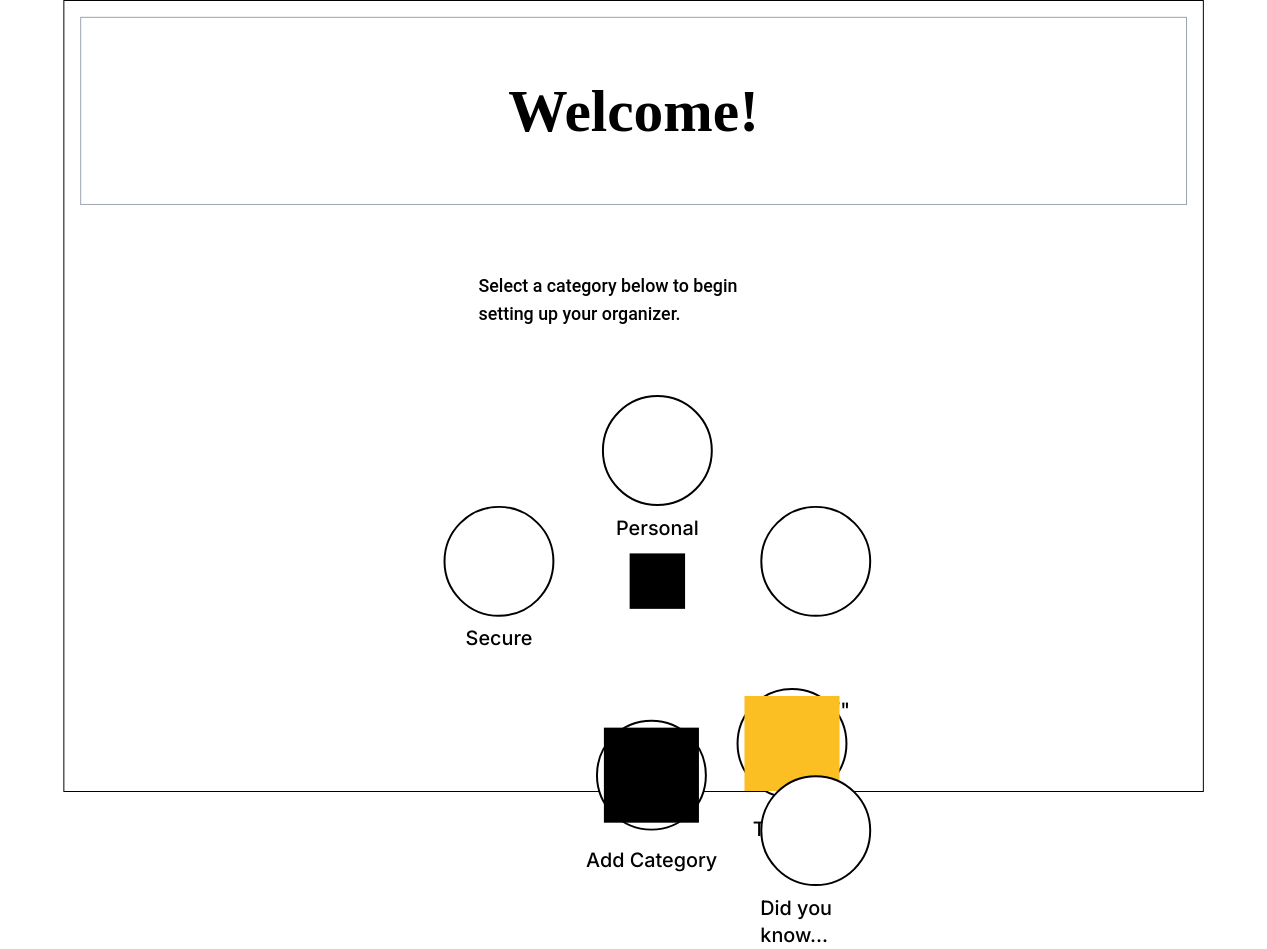
Repository: MercyB19/Russaw_Mercy_Adulting-101_Capstone
Page: page2.html
These files come from the project's save history. The page is drawn as it stood at one moment and after the next save; the edit follows.
The browser window is 1280 px wide. The pictures show the whole page, at 99% of full size.
Some web fonts or font styles are not loaded; a fallback is used.

Above is the page before, as saved 2024-07-23 05:09:17.

### page2.html
<!DOCTYPE html>
<html lang="en">

<head>
  <meta charset="UTF-8">
  <meta name="viewport" content="width=device-width, initial-scale=1.0">
  <title>YAY Adulting</title>
  <link href="https://cdn.jsdelivr.net/npm/tailwindcss@2.2.19/dist/tailwind.min.css" rel="stylesheet">
  <link rel="stylesheet" href="https://fonts.googleapis.com/css2?family=Balsamiq+Sans:wght@400;700&display=swap">
  <link rel="stylesheet" href="https://fonts.googleapis.com/css2?family=Inter:wght@400;500;600&display=swap">
  <link rel="stylesheet" href="https://fonts.googleapis.com/css2?family=Poppins:wght@500;700&display=swap">
</head>

<body class="bg-white flex flex-col items-center gap-12">
  <div class="w-full max-w-6xl p-4 border border-black flex flex-col items-center gap-12">
    <div class="w-full max-w-6xl p-16 bg-gradient-radial from-gray-200 to-gray-500 border border-gray-400 flex flex-col items-center gap-12">
      <div class="flex flex-col items-center gap-2">
        <div class="text-6xl font-bold text-teal-600 text-center" style="font-family: 'Balsamiq Sans', cursive;">
          Welcome!
        </div>
      </div>
    </div>
    <div class="p-5 bg-white flex justify-center items-center gap-5">
      <div class="w-2/3 text-black text-lg font-medium" style="font-family: 'Roboto', sans-serif;">
        Select a category below to begin setting up your organizer.
      </div>
    </div>
    <div class="relative w-96 h-96">
      <div class="absolute left-40 top-0 flex flex-col items-center gap-2">
        <div class="w-28 h-28 bg-white border-2 border-black rounded-full"></div>
        <div class="text-black text-xl font-medium" style="font-family: 'Inter', sans-serif;">Personal</div>
        <div class="relative w-16 h-16">
          <div class="absolute inset-1 bg-black"></div>
        </div>
      </div>
      <div class="absolute left-0 top-28 flex flex-col items-center gap-2">
        <div class="w-28 h-28 bg-white border-2 border-black rounded-full"></div>
        <div class="text-black text-xl font-medium" style="font-family: 'Inter', sans-serif;">Secure</div>
        <div class="relative w-20 h-18">
          <div class="absolute inset-1 bg-gray-300"></div>
          <div class="absolute inset-x-0 top-8 bg-yellow-400"></div>
          <div class="absolute right-1 top-1/2 bg-brown-400"></div>
        </div>
      </div>
      <div class="absolute left-80 top-28 flex flex-col items-center gap-2">
        <div class="w-28 h-28 bg-white border-2 border-black rounded-full"></div>
        <div class="relative w-22 h-16">
          <div class="absolute inset-1 bg-red-500"></div>
          <div class="absolute left-6 top-8 bg-blue-200"></div>
          <div class="absolute inset-x-4 top-14 bg-black"></div>
        </div>
        <div class="text-black text-xl font-medium" style="font-family: 'Inter', sans-serif;">My "V"</div>
      </div>
      <div class="absolute left-72 top-72 flex flex-col items-center gap-2">
        <div class="relative w-32 h-32">
          <div class="absolute inset-2 bg-white border-2 border-black rounded-full"></div>
          <div class="absolute inset-4 bg-yellow-400"></div>
          <div class="absolute left-7 top-7 bg-brown-400"></div>
        </div>
        <div class="text-black text-xl font-medium" style="font-family: 'Inter', sans-serif;">The Bag</div>
      </div>
      <div class="absolute left-36 top-80 flex flex-col items-center gap-2">
        <div class="relative w-32 h-32">
          <div class="absolute inset-2 bg-white border-2 border-black rounded-full"></div>
          <div class="absolute inset-4 bg-black"></div>
        </div>
        <div class="text-black text-xl font-medium" style="font-family: 'Inter', sans-serif;">Add Category</div>
      </div>
      <div class="absolute left-80 top-96 flex flex-col items-center gap-2">
        <div class="relative w-28 h-28 bg-white border-2 border-black rounded-full"></div>
        <div class="text-black text-xl font-medium" style="font-family: 'Inter', sans-serif;">Did you know...</div>
      </div>
    </div>
  </div>
</body>

</html>

After the next save:
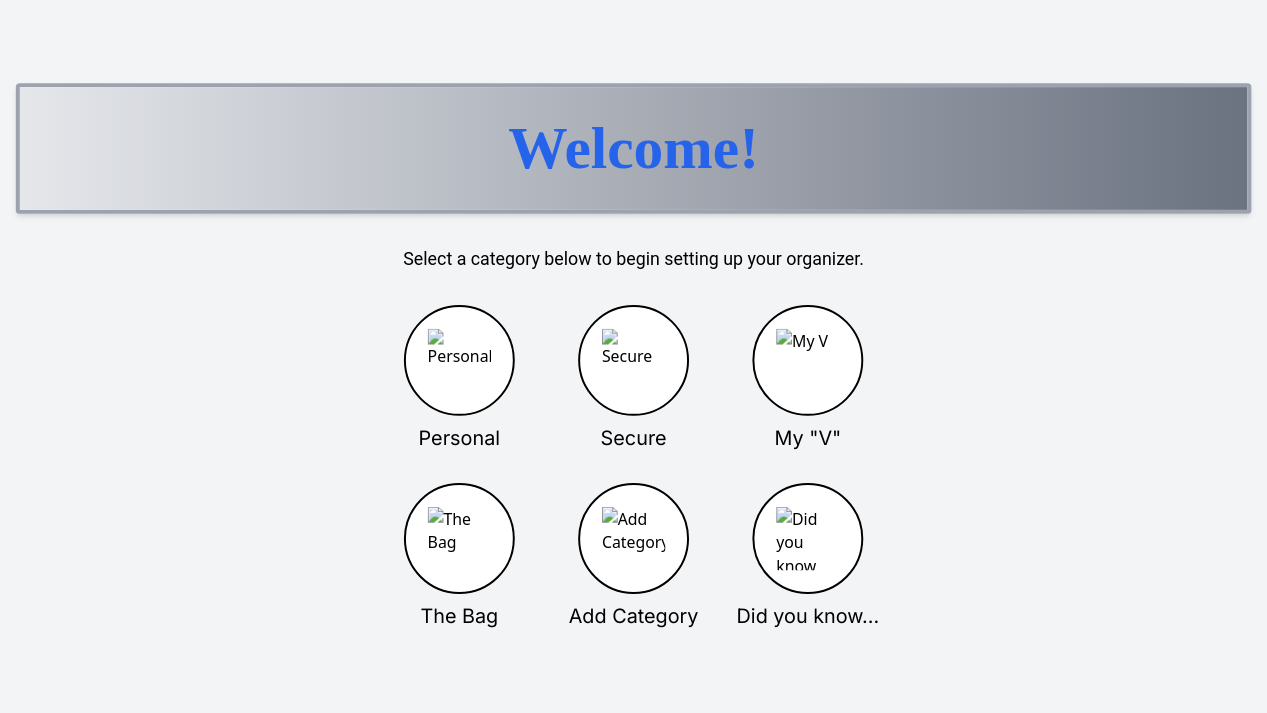
Not found: path/to/car-icon.png
Not found: path/to/did-you-know-icon.png
Not found: path/to/money-bag-icon.png
Saved 82 s later.
--- a/page2.html
+++ b/page2.html
@@ -8,67 +8,52 @@
   <link href="https://cdn.jsdelivr.net/npm/tailwindcss@2.2.19/dist/tailwind.min.css" rel="stylesheet">
   <link rel="stylesheet" href="https://fonts.googleapis.com/css2?family=Balsamiq+Sans:wght@400;700&display=swap">
   <link rel="stylesheet" href="https://fonts.googleapis.com/css2?family=Inter:wght@400;500;600&display=swap">
-  <link rel="stylesheet" href="https://fonts.googleapis.com/css2?family=Poppins:wght@500;700&display=swap">
 </head>
 
-<body class="bg-white flex flex-col items-center gap-12">
-  <div class="w-full max-w-6xl p-4 border border-black flex flex-col items-center gap-12">
-    <div class="w-full max-w-6xl p-16 bg-gradient-radial from-gray-200 to-gray-500 border border-gray-400 flex flex-col items-center gap-12">
-      <div class="flex flex-col items-center gap-2">
-        <div class="text-6xl font-bold text-teal-600 text-center" style="font-family: 'Balsamiq Sans', cursive;">
-          Welcome!
+<body class="bg-gray-100 flex flex-col items-center justify-center min-h-screen">
+  <div class="container mx-auto p-4 flex flex-col items-center">
+    <header class="w-full p-8 bg-gradient-to-r from-gray-200 to-gray-500 border-4 border-gray-400 flex flex-col items-center rounded shadow-md mb-8">
+      <h1 class="text-6xl font-bold text-blue-600" style="font-family: 'Balsamiq Sans', cursive;">Welcome!</h1>
+    </header>
+    <div class="text-center mb-8">
+      <p class="text-lg" style="font-family: 'Roboto', sans-serif;">Select a category below to begin setting up your organizer.</p>
+    </div>
+    <div class="grid grid-cols-3 gap-8">
+      <div class="flex flex-col items-center">
+        <div class="w-28 h-28 flex justify-center items-center bg-white border-2 border-black rounded-full mb-2">
+          <img src="path/to/personal-icon.png" alt="Personal" class="w-16 h-16">
         </div>
+        <p class="text-xl" style="font-family: 'Inter', sans-serif;">Personal</p>
       </div>
-    </div>
-    <div class="p-5 bg-white flex justify-center items-center gap-5">
-      <div class="w-2/3 text-black text-lg font-medium" style="font-family: 'Roboto', sans-serif;">
-        Select a category below to begin setting up your organizer.
+      <div class="flex flex-col items-center">
+        <div class="w-28 h-28 flex justify-center items-center bg-white border-2 border-black rounded-full mb-2">
+          <img src="path/to/secure-icon.png" alt="Secure" class="w-16 h-16">
+        </div>
+        <p class="text-xl" style="font-family: 'Inter', sans-serif;">Secure</p>
       </div>
-    </div>
-    <div class="relative w-96 h-96">
-      <div class="absolute left-40 top-0 flex flex-col items-center gap-2">
-        <div class="w-28 h-28 bg-white border-2 border-black rounded-full"></div>
-        <div class="text-black text-xl font-medium" style="font-family: 'Inter', sans-serif;">Personal</div>
-        <div class="relative w-16 h-16">
-          <div class="absolute inset-1 bg-black"></div>
+      <div class="flex flex-col items-center">
+        <div class="w-28 h-28 flex justify-center items-center bg-white border-2 border-black rounded-full mb-2">
+          <img src="path/to/car-icon.png" alt="My V" class="w-16 h-16">
         </div>
+        <p class="text-xl" style="font-family: 'Inter', sans-serif;">My "V"</p>
       </div>
-      <div class="absolute left-0 top-28 flex flex-col items-center gap-2">
-        <div class="w-28 h-28 bg-white border-2 border-black rounded-full"></div>
-        <div class="text-black text-xl font-medium" style="font-family: 'Inter', sans-serif;">Secure</div>
-        <div class="relative w-20 h-18">
-          <div class="absolute inset-1 bg-gray-300"></div>
-          <div class="absolute inset-x-0 top-8 bg-yellow-400"></div>
-          <div class="absolute right-1 top-1/2 bg-brown-400"></div>
+      <div class="flex flex-col items-center">
+        <div class="w-28 h-28 flex justify-center items-center bg-white border-2 border-black rounded-full mb-2">
+          <img src="path/to/money-bag-icon.png" alt="The Bag" class="w-16 h-16">
         </div>
+        <p class="text-xl" style="font-family: 'Inter', sans-serif;">The Bag</p>
       </div>
-      <div class="absolute left-80 top-28 flex flex-col items-center gap-2">
-        <div class="w-28 h-28 bg-white border-2 border-black rounded-full"></div>
-        <div class="relative w-22 h-16">
-          <div class="absolute inset-1 bg-red-500"></div>
-          <div class="absolute left-6 top-8 bg-blue-200"></div>
-          <div class="absolute inset-x-4 top-14 bg-black"></div>
+      <div class="flex flex-col items-center">
+        <div class="w-28 h-28 flex justify-center items-center bg-white border-2 border-black rounded-full mb-2">
+          <img src="path/to/plus-icon.png" alt="Add Category" class="w-16 h-16">
         </div>
-        <div class="text-black text-xl font-medium" style="font-family: 'Inter', sans-serif;">My "V"</div>
+        <p class="text-xl" style="font-family: 'Inter', sans-serif;">Add Category</p>
       </div>
-      <div class="absolute left-72 top-72 flex flex-col items-center gap-2">
-        <div class="relative w-32 h-32">
-          <div class="absolute inset-2 bg-white border-2 border-black rounded-full"></div>
-          <div class="absolute inset-4 bg-yellow-400"></div>
-          <div class="absolute left-7 top-7 bg-brown-400"></div>
+      <div class="flex flex-col items-center">
+        <div class="w-28 h-28 flex justify-center items-center bg-white border-2 border-black rounded-full mb-2">
+          <img src="path/to/did-you-know-icon.png" alt="Did you know" class="w-16 h-16">
         </div>
-        <div class="text-black text-xl font-medium" style="font-family: 'Inter', sans-serif;">The Bag</div>
-      </div>
-      <div class="absolute left-36 top-80 flex flex-col items-center gap-2">
-        <div class="relative w-32 h-32">
-          <div class="absolute inset-2 bg-white border-2 border-black rounded-full"></div>
-          <div class="absolute inset-4 bg-black"></div>
-        </div>
-        <div class="text-black text-xl font-medium" style="font-family: 'Inter', sans-serif;">Add Category</div>
-      </div>
-      <div class="absolute left-80 top-96 flex flex-col items-center gap-2">
-        <div class="relative w-28 h-28 bg-white border-2 border-black rounded-full"></div>
-        <div class="text-black text-xl font-medium" style="font-family: 'Inter', sans-serif;">Did you know...</div>
+        <p class="text-xl" style="font-family: 'Inter', sans-serif;">Did you know...</p>
       </div>
     </div>
   </div>

After the save that followed:
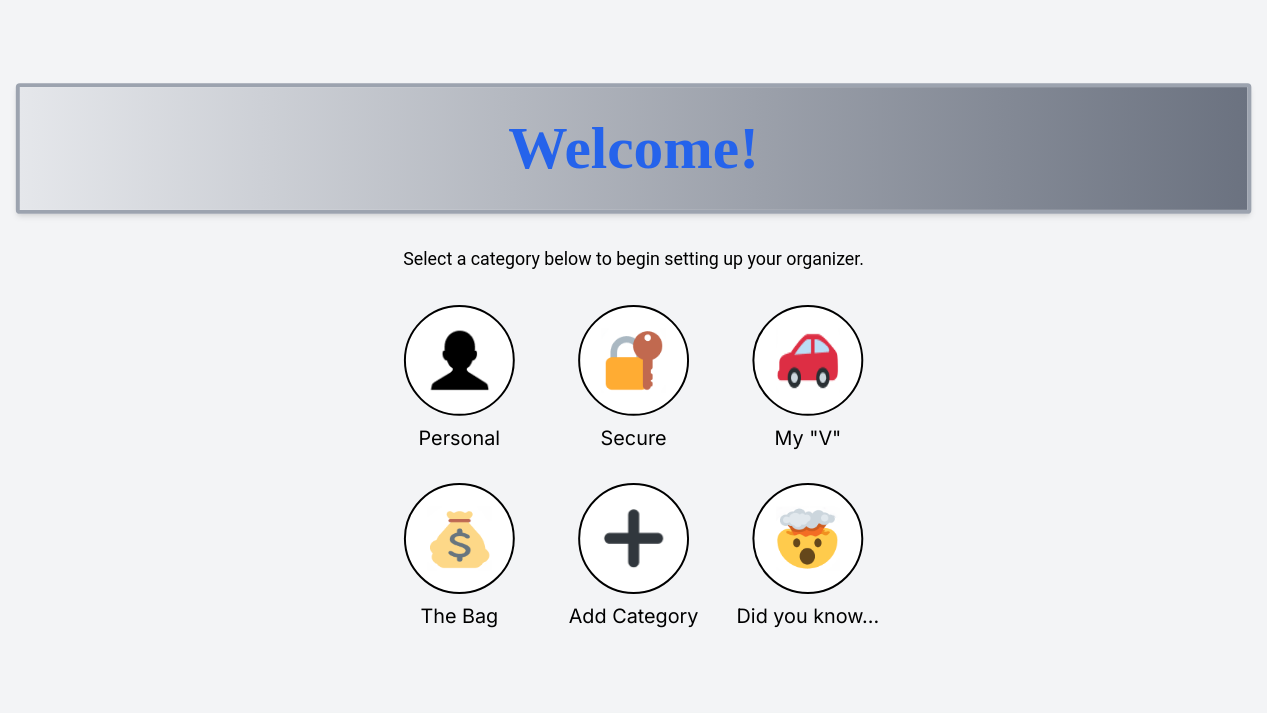
Saved 2 min 40 s later.
--- a/page2.html
+++ b/page2.html
@@ -21,37 +21,37 @@
     <div class="grid grid-cols-3 gap-8">
       <div class="flex flex-col items-center">
         <div class="w-28 h-28 flex justify-center items-center bg-white border-2 border-black rounded-full mb-2">
-          <img src="path/to/personal-icon.png" alt="Personal" class="w-16 h-16">
+          <img src="Images/Person_personal_img.png" alt="Personal" class="w-16 h-16">
         </div>
         <p class="text-xl" style="font-family: 'Inter', sans-serif;">Personal</p>
       </div>
       <div class="flex flex-col items-center">
         <div class="w-28 h-28 flex justify-center items-center bg-white border-2 border-black rounded-full mb-2">
-          <img src="path/to/secure-icon.png" alt="Secure" class="w-16 h-16">
+          <img src="Images/Secure_icon_img.png" alt="Secure" class="w-16 h-16">
         </div>
         <p class="text-xl" style="font-family: 'Inter', sans-serif;">Secure</p>
       </div>
       <div class="flex flex-col items-center">
         <div class="w-28 h-28 flex justify-center items-center bg-white border-2 border-black rounded-full mb-2">
-          <img src="path/to/car-icon.png" alt="My V" class="w-16 h-16">
+          <img src="images/My_V_img.png" alt="My V" class="w-16 h-16">
         </div>
         <p class="text-xl" style="font-family: 'Inter', sans-serif;">My "V"</p>
       </div>
       <div class="flex flex-col items-center">
         <div class="w-28 h-28 flex justify-center items-center bg-white border-2 border-black rounded-full mb-2">
-          <img src="path/to/money-bag-icon.png" alt="The Bag" class="w-16 h-16">
+          <img src="Images/The_bag_icon_img.png" alt="The Bag" class="w-16 h-16">
         </div>
         <p class="text-xl" style="font-family: 'Inter', sans-serif;">The Bag</p>
       </div>
       <div class="flex flex-col items-center">
         <div class="w-28 h-28 flex justify-center items-center bg-white border-2 border-black rounded-full mb-2">
-          <img src="path/to/plus-icon.png" alt="Add Category" class="w-16 h-16">
+          <img src="Images/Add_new_img.png" alt="Add Category" class="w-16 h-16">
         </div>
         <p class="text-xl" style="font-family: 'Inter', sans-serif;">Add Category</p>
       </div>
       <div class="flex flex-col items-center">
         <div class="w-28 h-28 flex justify-center items-center bg-white border-2 border-black rounded-full mb-2">
-          <img src="path/to/did-you-know-icon.png" alt="Did you know" class="w-16 h-16">
+          <img src="Images/did_you_know_icon.png" alt="Did you know" class="w-16 h-16">
         </div>
         <p class="text-xl" style="font-family: 'Inter', sans-serif;">Did you know...</p>
       </div>
